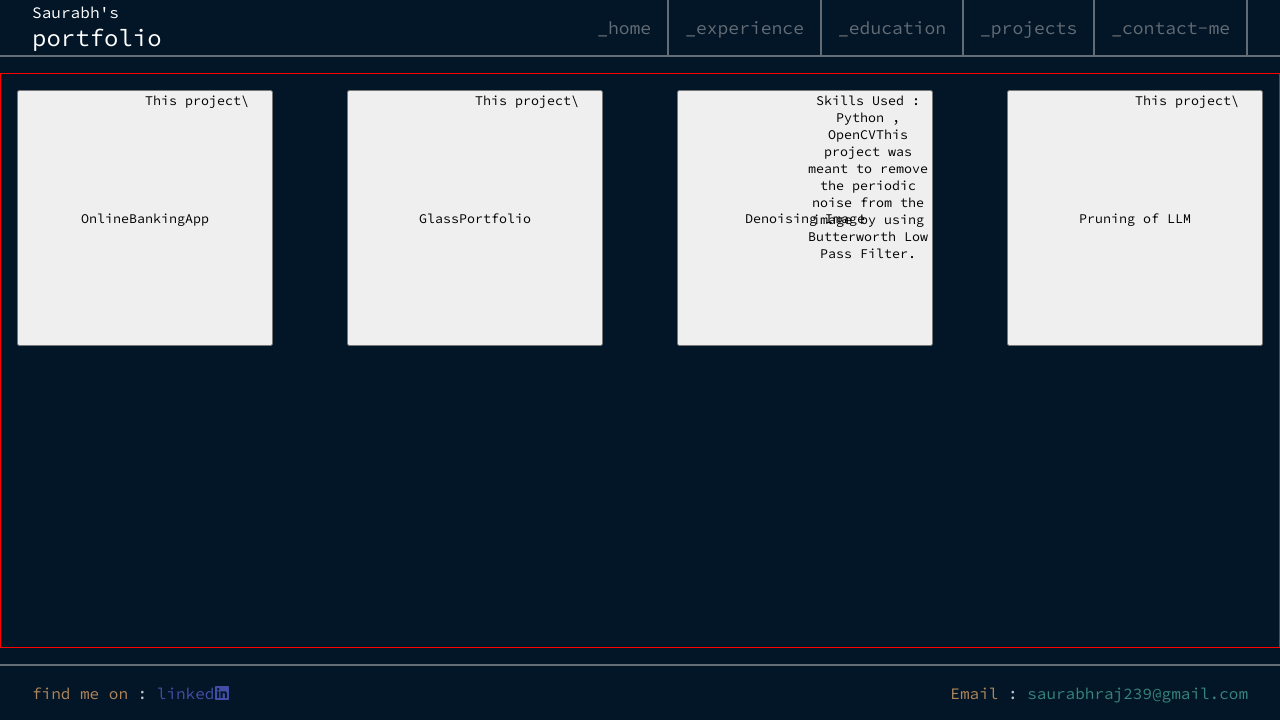
Repository: saurabhraj23/FrontendReactPortfolio
Page: /projects
These files come from the project's save history. The page is drawn as it stood at one moment and after a run of saves; the edit follows.
The browser window is 1280 px wide. The pictures show the whole page.
The project was rebuilt for these pictures with package versions that can differ from the ones it lists, and the page was loaded fresh each time. Also part of the build but not shown: vite.config.js, src/components/Education.jsx, src/components/Experience.jsx, src/components/Contacts.jsx, src/styles/default-page.css, src/components/DefaultPage.jsx.

Above is the page before, as saved 2024-07-23 02:52:40.

After the next 2 saves:
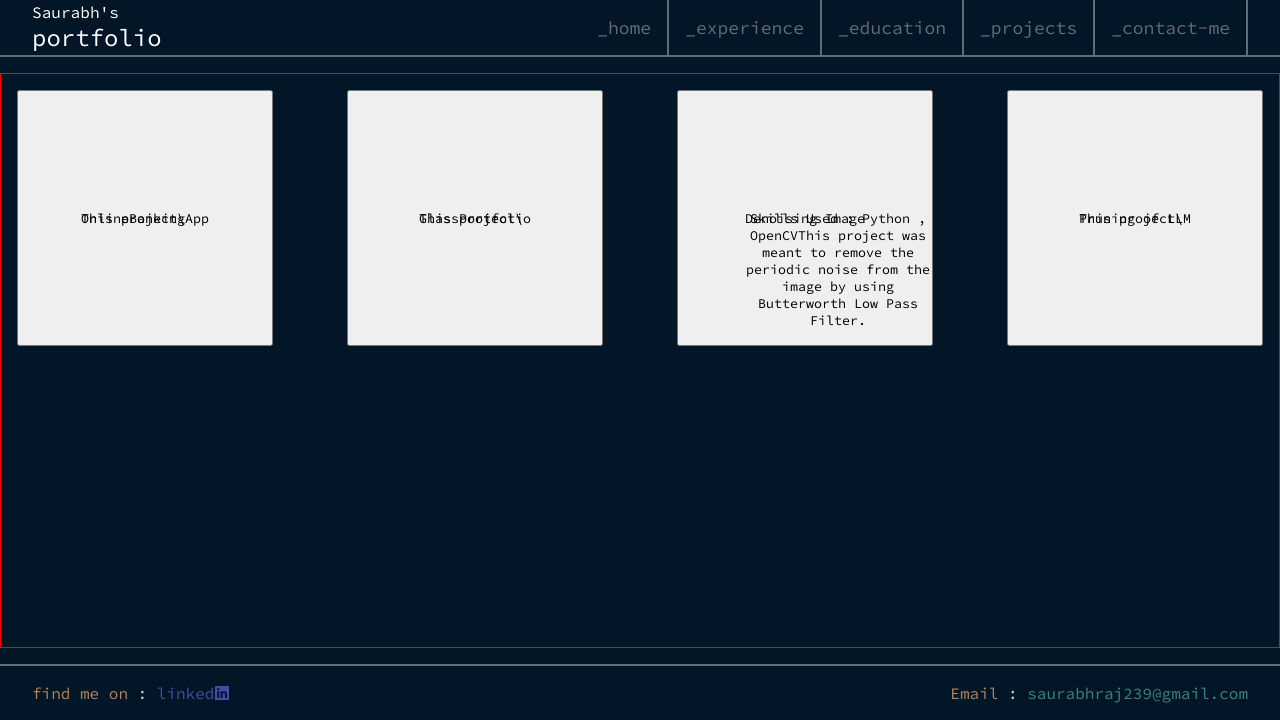
The 2 saves are shown as one change because they came seconds apart.
The last was saved 16 s later.
--- a/src/styles/project.css
+++ b/src/styles/project.css
@@ -18,6 +18,5 @@
 
 .project-item>span:nth-child(1){
 position: absolute;
-top: 0;
-left: 50%;
+/* top: 0; */
 }
